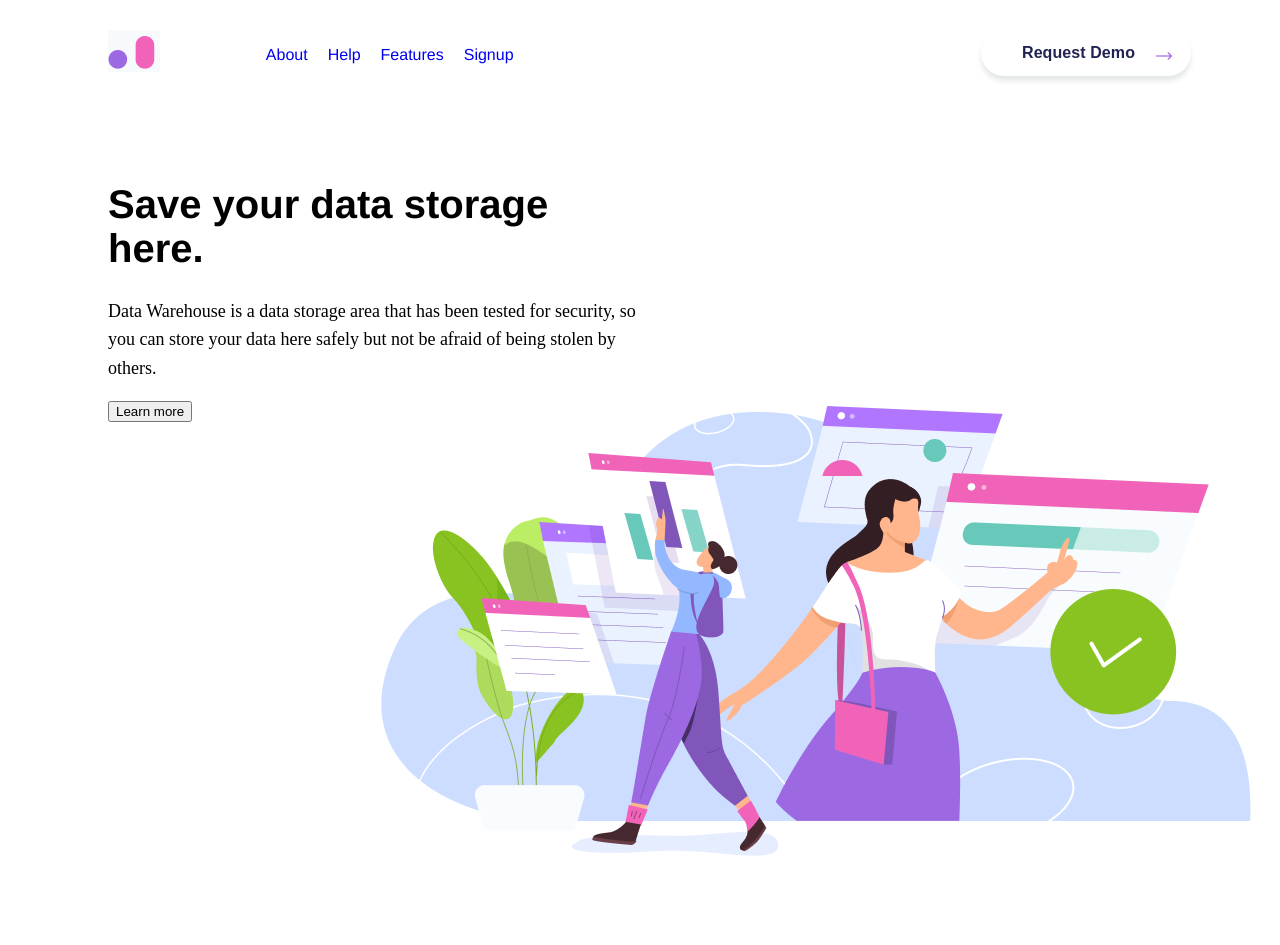
Repository: batonAnton/HW6_flexbox
Page: index.html
These files come from the project's save history. The page is drawn as it stood at one moment and after the next save; the edit follows.
The browser window is 1280 px wide. The pictures show the whole page.
Some web fonts or font styles are not loaded; a fallback is used.

Above is the page before, as saved 2022-06-17 17:29:51.

After the next save:
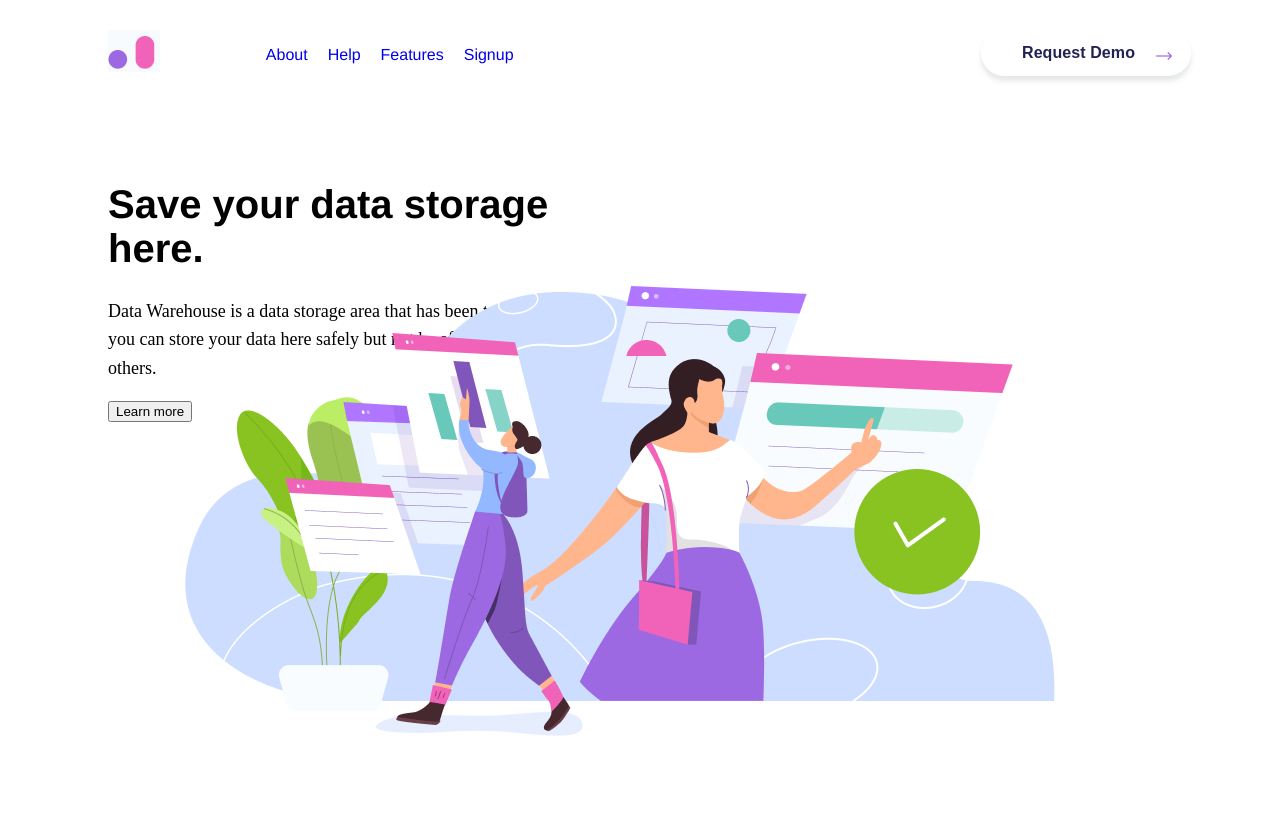
Saved 5 min 2 s later.
--- a/css/style.css
+++ b/css/style.css
@@ -76,7 +76,8 @@ button:hover{
     display: flex;
     margin: 70px 100px;
     position: relative;
-    height: 100vh;
+    height: 600px;
+    overflow: hidden;
 }
 
 .info{
@@ -100,12 +101,10 @@ button:hover{
 }
 
 .section-img{
-    width: 870px;
+    width: 470px;
     position: absolute;
     bottom: 0;
-    right: -6%;
-    background-repeat: no-repeat;
-    background-position: center;
-    background-size: contain;
+    right: 50%;
+
 
 }
